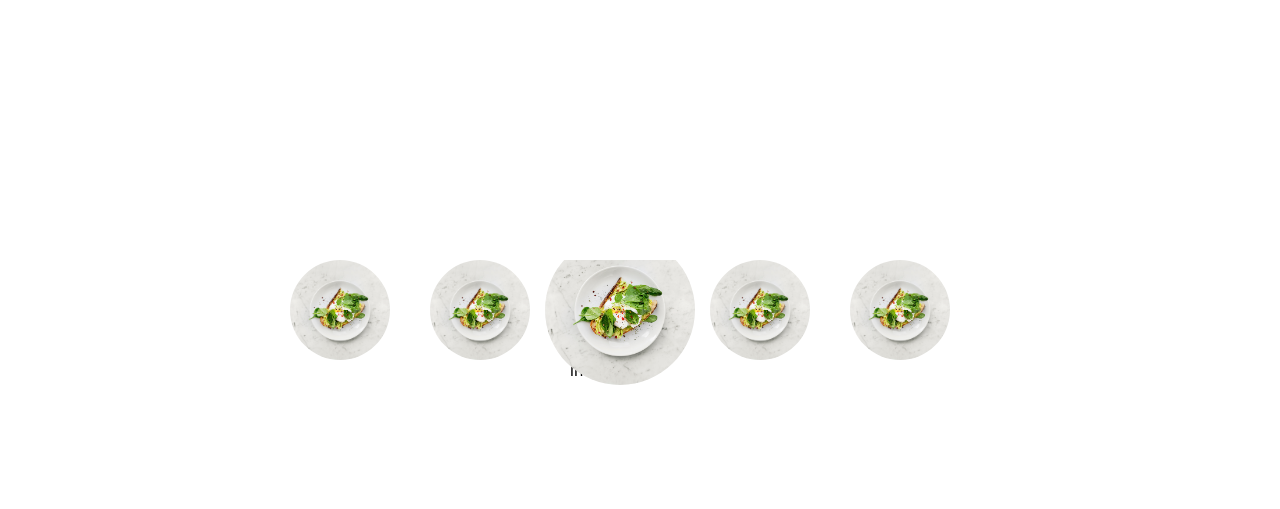
Repository: nambui98/slider
Page: /
These files come from the project's save history. The page is drawn as it stood at one moment and after the next save; the edit follows.
The browser window is 1280 px wide. The pictures show the whole page.
The project was rebuilt for these pictures with package versions that can differ from the ones it lists, and the page was loaded fresh each time. Also part of the build but not shown: vite.config.ts.

Above is the page before, as saved 2022-04-12 10:09:47.

### src/App.tsx
import { useState } from 'react'
import Horizolsider from './components/horizolslider/Horizolsider'
import logo from './logo.svg'
import './App.css'
import "slick-carousel/slick/slick.css";
import "slick-carousel/slick/slick-theme.css";
function App() {
  const [count, setCount] = useState(0)

  return (
    <div className="App">
      <Horizolsider />
    </div>
  )
}

export default App

### src/components/horizolslider/Horizolsider.tsx
import React, { useEffect, useRef, useState } from 'react'
import styled from 'styled-components'
import Slider from "react-slick";
import image1 from '../../assets/images/pexels-daria-shevtsova-1095550.jpg'

type Props = {}

const Wrapper = styled.div`
    width: 700px;
    /* margin: auto; */
`
const Item = styled.div`
    height: 200px;

    /* position: relative;
     */
    /* margin: 0 15px; */
    .info{
        visibility: hidden;
    }
    img{
        object-fit: cover;
        /* width: 100px;
        height: 100px; */
        width: 100px;
height: 100px;
        border-radius: 50%;
        transition: all .3s;
    }
    &.active{
        /* width: 150px;
        height: 100px; */
        img{

            /* width: 100%; */
            transform: scale(1.5)
        }
        .info{
            visibility: visible;
        }
    }
`
const Horizolsider = (props: Props) => {
    const [activeIndex, setActiveIndex] = useState(0);
    const settings = {
        dots: false,
        infinite: true,
        speed: 500,
        slidesToShow: 5,
        slidesToScroll: 1,
        centerMode: true,
        focusOnSelect: true,
        centerPadding: '0px',
        // adaptiveHeight: true,
        beforeChange: (current: any, next: any) => {
            setActiveIndex(next)

        },
    };

    return (
        <div style={{ display: "flex", height: "100vh", justifyContent: "center", alignItems: "center" }}>
            <Wrapper>
                <Slider {...settings}>
                    {
                        [...Array(10).keys()].map((i, index) =>
                            <Item className={`${index === activeIndex && "active"}`}>
                                <img src={image1} alt="" />
                                <div className="info">info {i}</div>
                            </Item>
                        )
                    }
                </Slider>
            </Wrapper>
        </div>
    )
}
export default Horizolsider

Loaded but not shown: index.html (common file); src/main.tsx (common file); src/index.css (common file); src/App.css (common file)

After the next save:
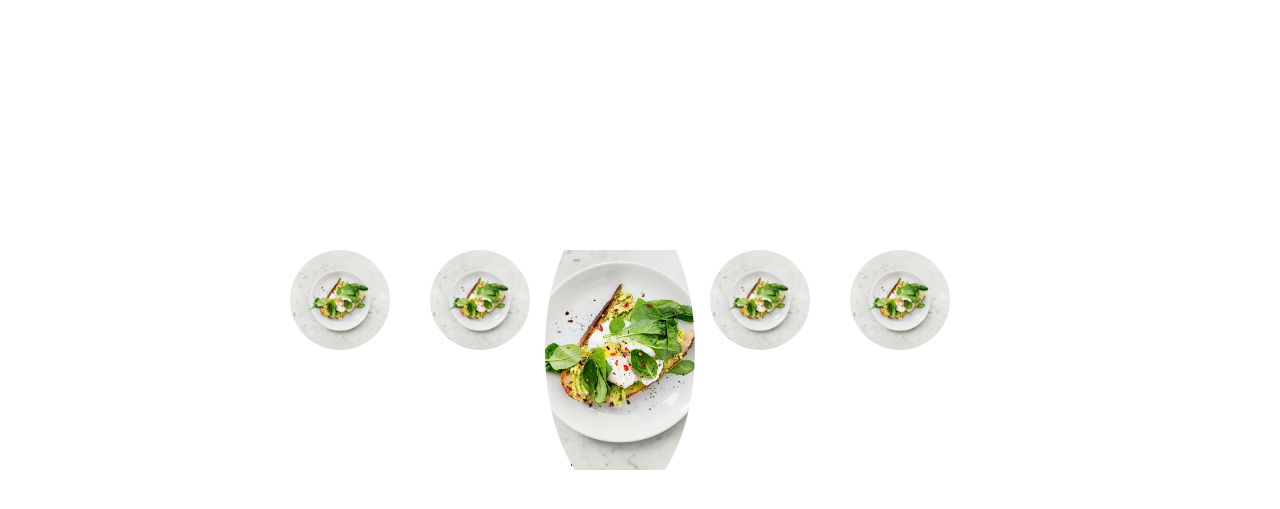
Saved 8 s later.
--- a/src/components/horizolslider/Horizolsider.tsx
+++ b/src/components/horizolslider/Horizolsider.tsx
@@ -10,7 +10,6 @@
     /* margin: auto; */
 `
 const Item = styled.div`
-    height: 200px;
 
     /* position: relative;
      */
@@ -31,6 +30,7 @@
         /* width: 150px;
         height: 100px; */
         img{
+    height: 200px;
 
             /* width: 100%; */
             transform: scale(1.5)

After the save that followed:
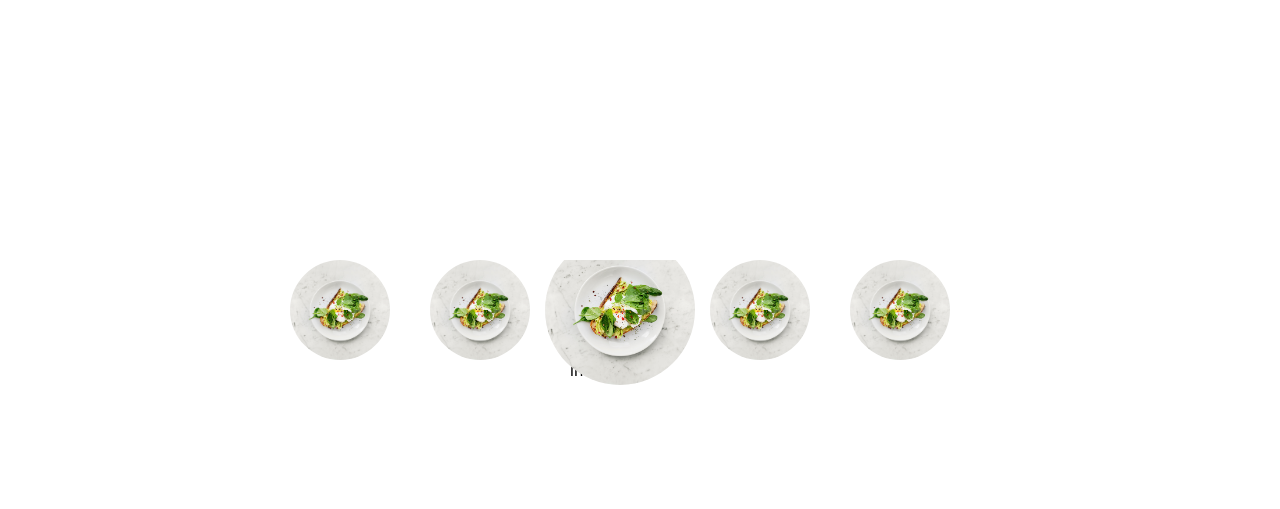
Saved 10 s later.
--- a/src/components/horizolslider/Horizolsider.tsx
+++ b/src/components/horizolslider/Horizolsider.tsx
@@ -29,8 +29,8 @@
     &.active{
         /* width: 150px;
         height: 100px; */
+        height: 200px;
         img{
-    height: 200px;
 
             /* width: 100%; */
             transform: scale(1.5)
